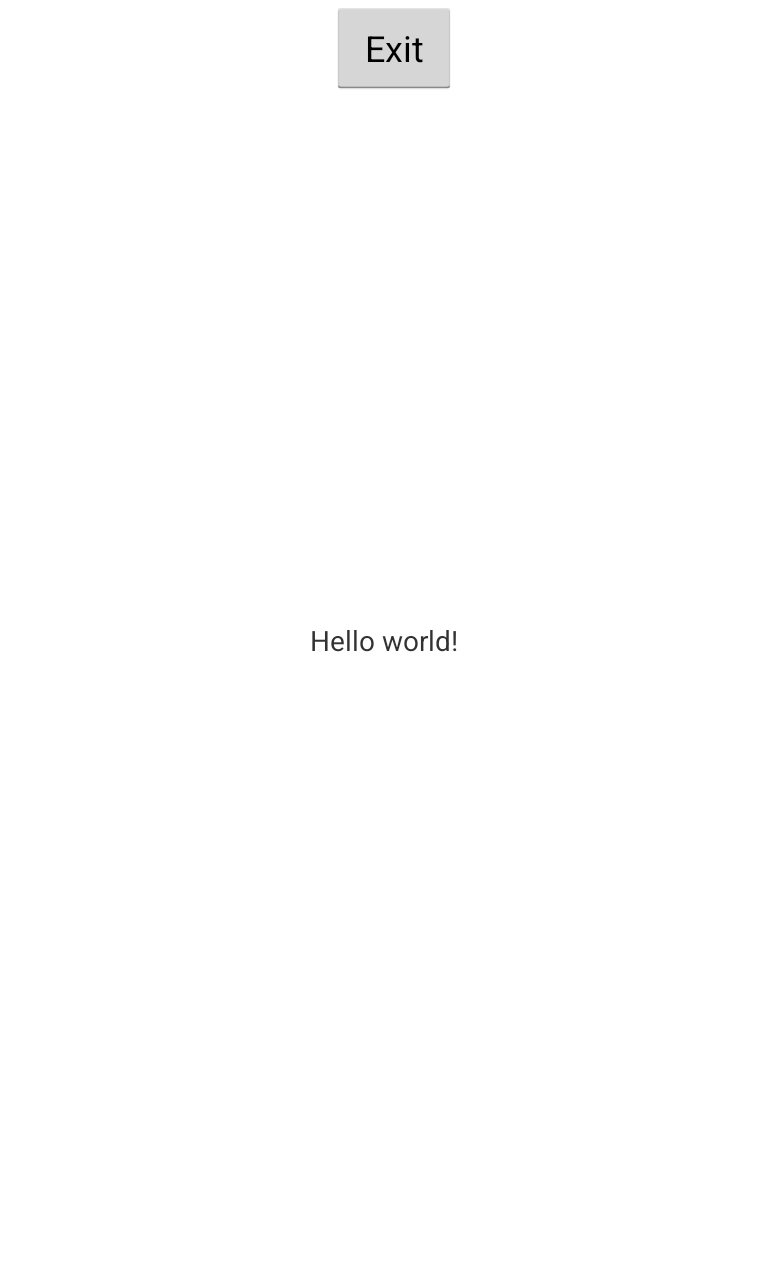
Repository: Kenkron/RateAGator
Layout: HelloWorld/res/layout/activity_main.xml
An editor plug-in stored every save of this project. The layout is shown before and after the next save, followed by the edit.
It is drawn on a 768 x 1280 px phone screen (xhdpi) without system bars, with theme AppTheme; the app's code is not run.

Above is the layout before, as saved 2013-01-31 00:42:53.

After the next save:
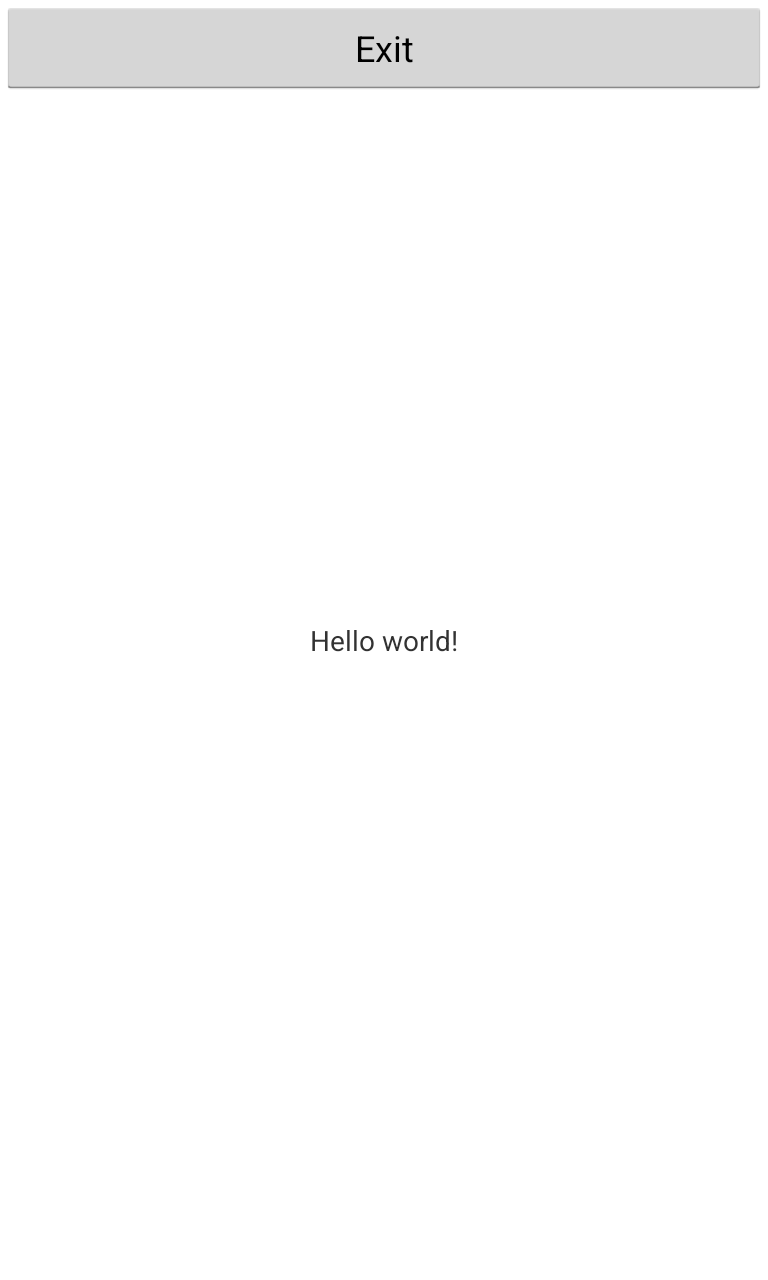
Saved 3 min 19 s later.
--- a/HelloWorld/res/layout/activity_main.xml
+++ b/HelloWorld/res/layout/activity_main.xml
@@ -16,8 +16,9 @@
         android:id="@+id/exit"
         android:layout_width="wrap_content"
         android:layout_height="wrap_content"
+        android:layout_alignParentLeft="true"
+        android:layout_alignParentRight="true"
         android:layout_alignParentTop="true"
-        android:layout_alignRight="@+id/textView1"
         android:text="@string/exit" />
 
 </RelativeLayout>
